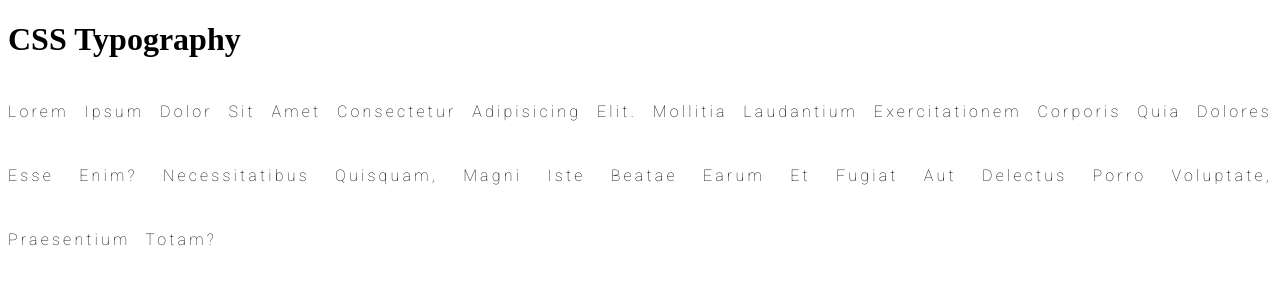
Repository: madhurik9999/Css
Page: index.html
These files come from the project's save history. The page is drawn as it stood at one moment and after the next save; the edit follows.
The browser window is 1280 px wide. The pictures show the whole page.

Above is the page before, as saved 2023-12-10 13:39:45.

After the next save:
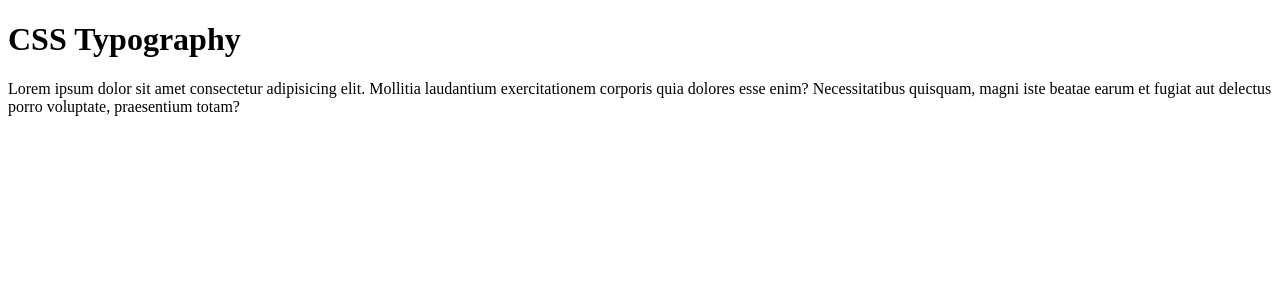
Saved 3 min 25 s later.
--- a/styles/style.css
+++ b/styles/style.css
@@ -1,38 +1,10 @@
-/* Typography 1rem = 16px* default line height 1.2rem/
-text
-font
-letter spacing
-word spacing
-line height
-Font Stacks and Callbacks
-external fonts
+Links: Active,
+hover,
+visited,
+focus @import url('https://fonts.googleapis.com/css2?family=Roboto&display=swap');
+
 body {
     padding: 10%;
     font-size: 2rem;
-}
-
-/* input,
-button {
-    font: inherit;
-} */
-@import url('https://fonts.googleapis.com/css2?family=Roboto:wght@100&display=swap');
-
-p {
-    text-decoration: none;
-    /* text-decoration: overline; */
-    text-transform: capitalize;
-    /* text-transform: uppercase;
-    text-transform: lowercase;*/
-    text-align: justify;
-    /* text-indent: 5em;  // tab */
-    line-height: 4rem;
-    letter-spacing: 0.2rem;
-    word-spacing: 0.5rem;
-    /* font-weight: 600; */
-    font-weight: lighter;
-    /* font-style: italic; */
-    /* font-family: Arial, Helvetica, sans-serif; */
-    /* font-family: sans-serif; */
-    /* font-family: monospace; */
     font-family: 'Roboto', sans-serif;
 }
